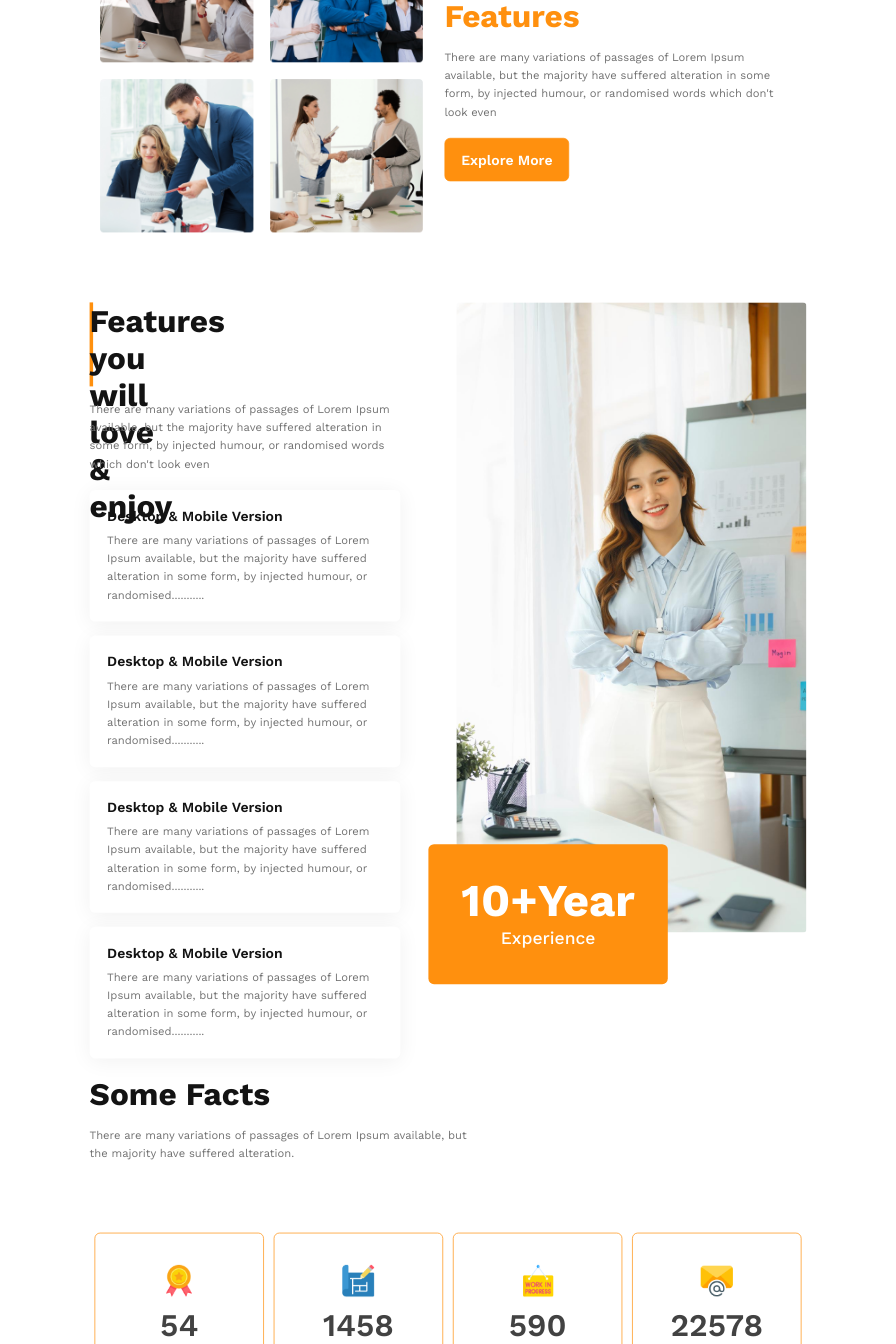
Repository: ShouravAhammed/G3-architects-webpage
Page: index.html
The author's editor kept a copy of each file at every save. The page is drawn from the files as they stood at one save, then again after the next save.
The browser window is 1280 px wide. The pictures show the part of the page from y = 1310 to 3230 px (the page is 3954 px tall), at 70% of full size.

Above is the page before, as saved 2024-01-13 18:11:51.

After the next save:
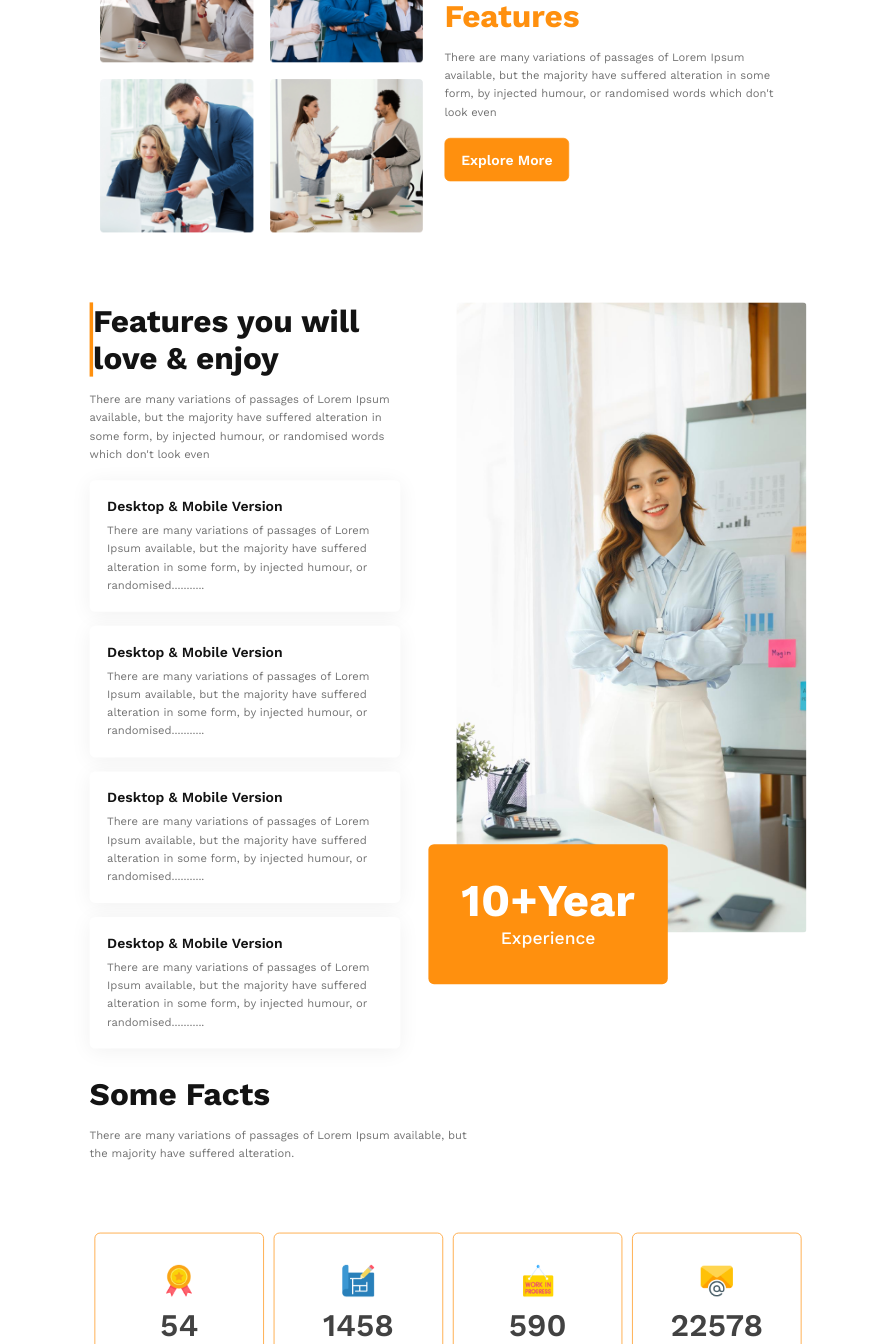
Saved 4 min 10 s later.
--- a/styles/style.css
+++ b/styles/style.css
@@ -140,9 +140,7 @@
     gap: 80px;
 }
 .title-border{
-    width: 5px;
-    height: 120px;
-    background: #FF900E;
+    border-left: 5px solid #FF900E ;
 }
 .feature-card{
     border-radius: 8px;
